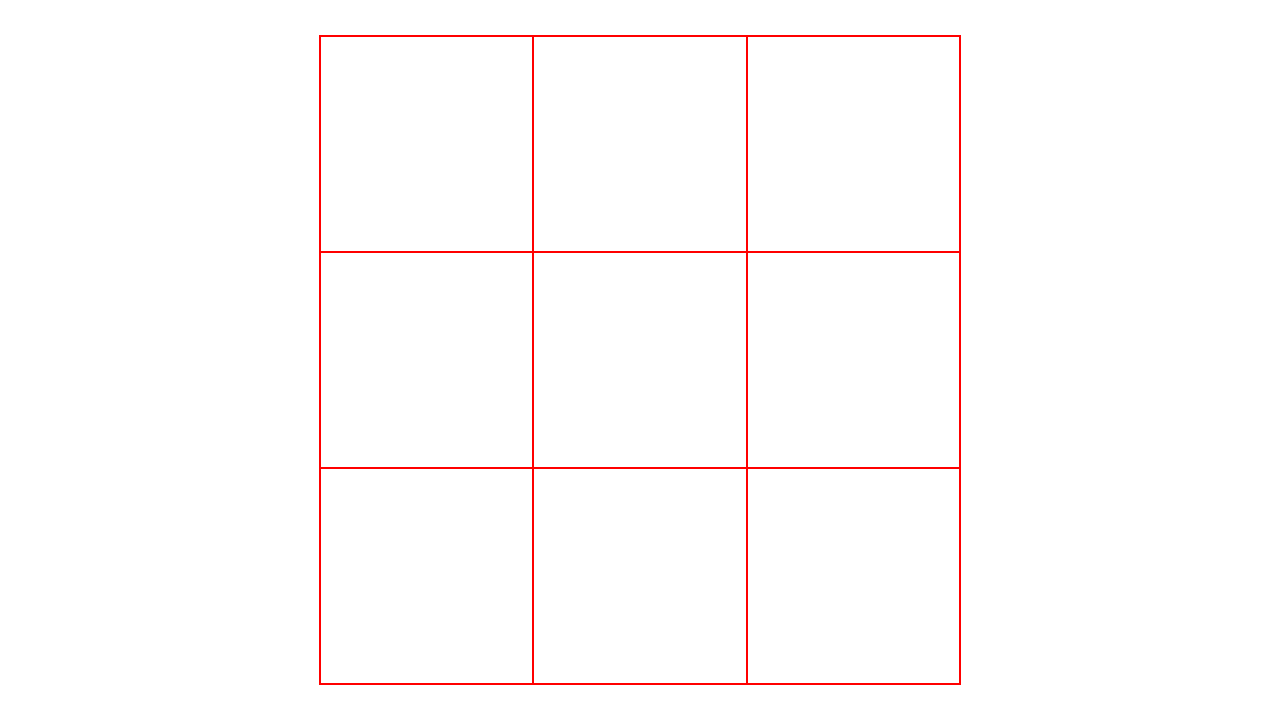
Repository: kocokoy/TOP-tic-tac-toe
Page: index.html
These files come from the project's save history. The page is drawn as it stood at one moment and after the next save; the edit follows.
The browser window is 1280 px wide. The pictures show the whole page.

Above is the page before, as saved 2024-11-07 14:21:07.

### index.html
<!DOCTYPE html>
<html lang="en">
<head>
  <meta charset="UTF-8">
  <meta name="viewport" content="width=device-width, initial-scale=1.0">
  <link rel="stylesheet" href="/styles/style.css">
  <title>Document</title>
</head>
<body>
 <div class='container'>
  <div class="gameboard">

  </div>
 </div>
<script src="/javascripts/scripts.js"></script>
</body>
</html>

### styles/style.css
body{
  padding: 0;
  margin: 0;
  height: 100vh;
}
.container{
  height:100%;
  display: flex;
  justify-content: center;
  align-items: center;
}
.gameboard{
  display: grid;
  grid-template-columns: 1fr 1fr 1fr;
  border: 1px solid red;
  width: 50%;
  height: 90%;
}
.gameboard div{
  border: 1px solid red;
  cursor: pointer;
}

### javascripts/scripts.js
const gameBoardElement = document.querySelector('.gameboard');

const gameBoard = {
  gameBoard : []
}
const players = {
  player1: 'X',
  player2: 'O',
}

startGame();
function startGame(){
  createGameBoard()
}
function createGameBoard(){
  for(let i = 0; i < 9; i++){
    const div = document.createElement('div');
    gameBoardElement.appendChild(div);
  }
}

After the next save:
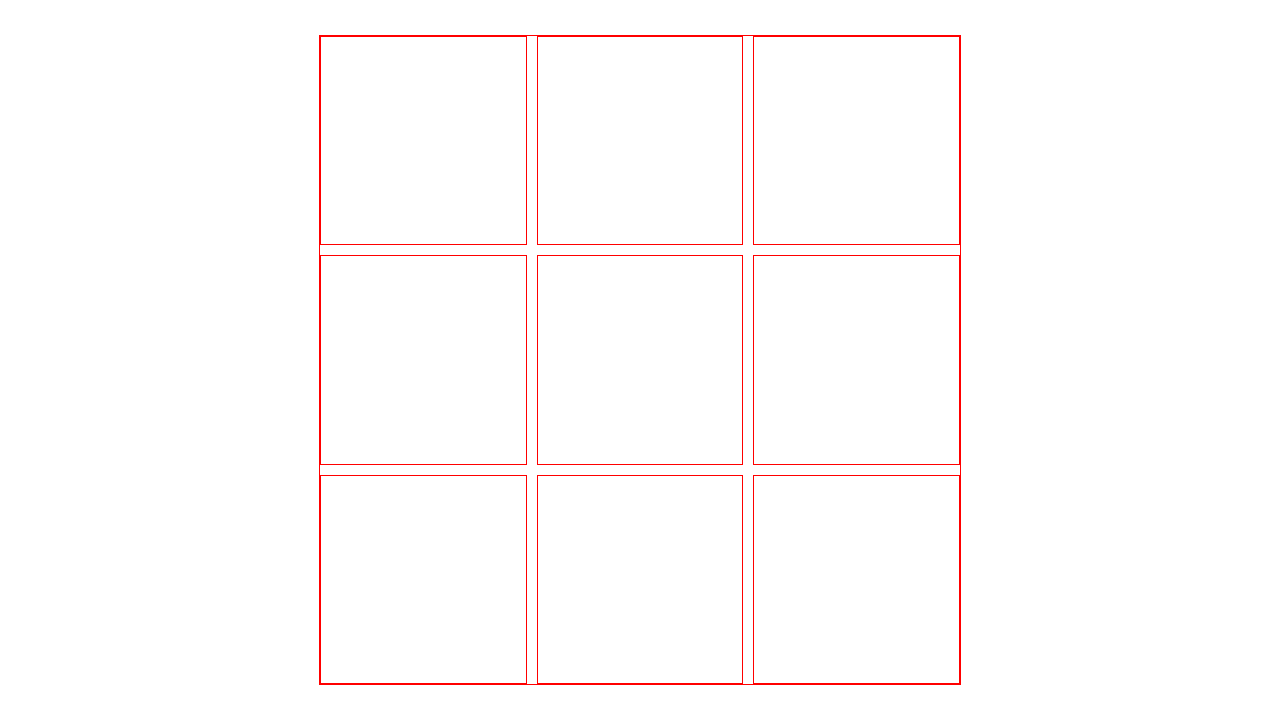
Saved 19 s later.
--- a/styles/style.css
+++ b/styles/style.css
@@ -12,6 +12,7 @@ body{
 .gameboard{
   display: grid;
   grid-template-columns: 1fr 1fr 1fr;
+  gap: 10px;
   border: 1px solid red;
   width: 50%;
   height: 90%;
